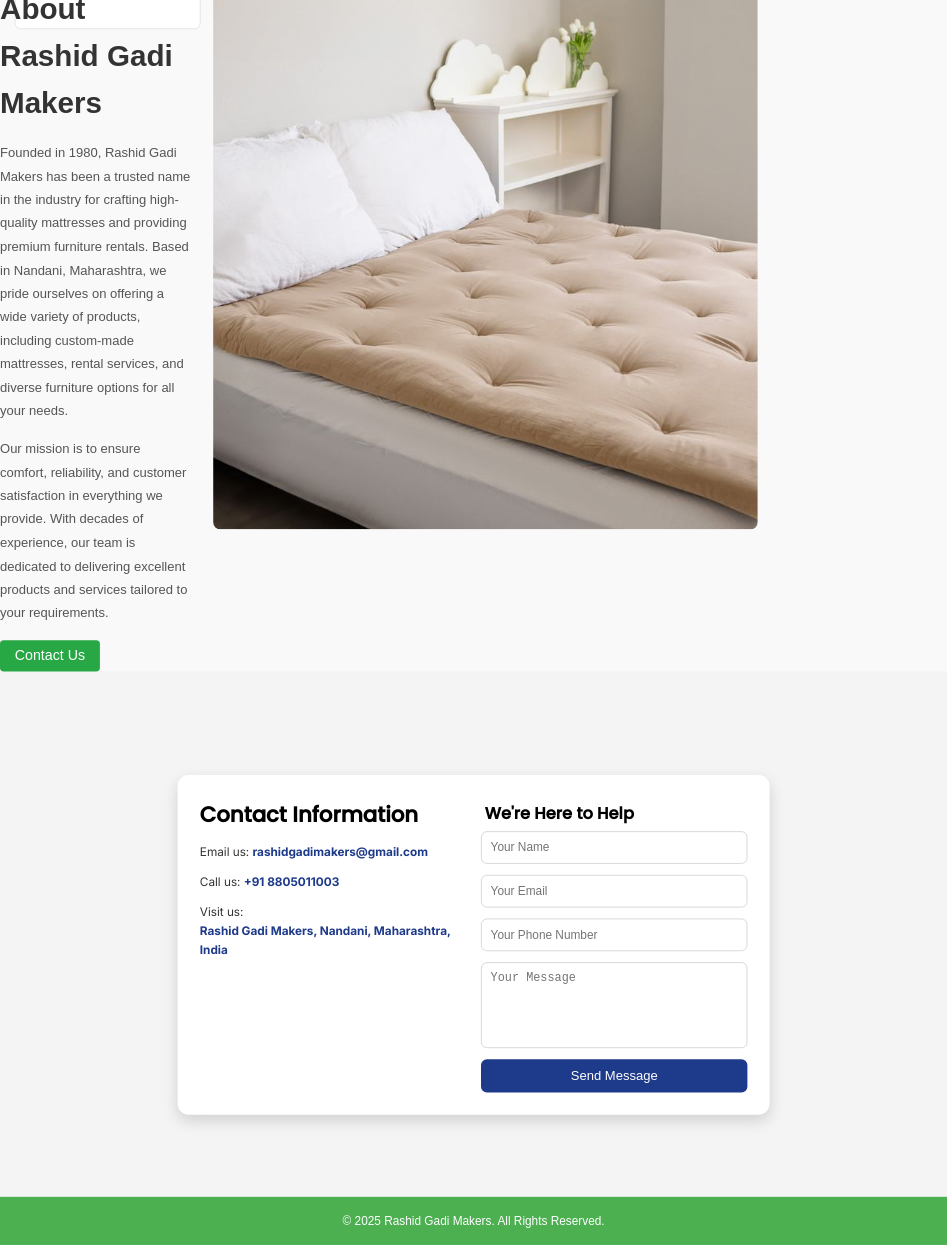
Repository: nadafgroup/rashidgadiUI
Page: src/home.html
These files come from the project's save history. The page is drawn as it stood at one moment and after the next save; the edit follows.
The browser window is 1280 px wide. The pictures show the part of the page from y = 1325 to 3008 px (the page is 3008 px tall before and 2825 px after), at 74% of full size.
A picture or video elsewhere on the page could not be fetched, so the positions and the page height are approximate.

Above is the page before, as saved 2025-01-24 13:36:45.

After the next save:
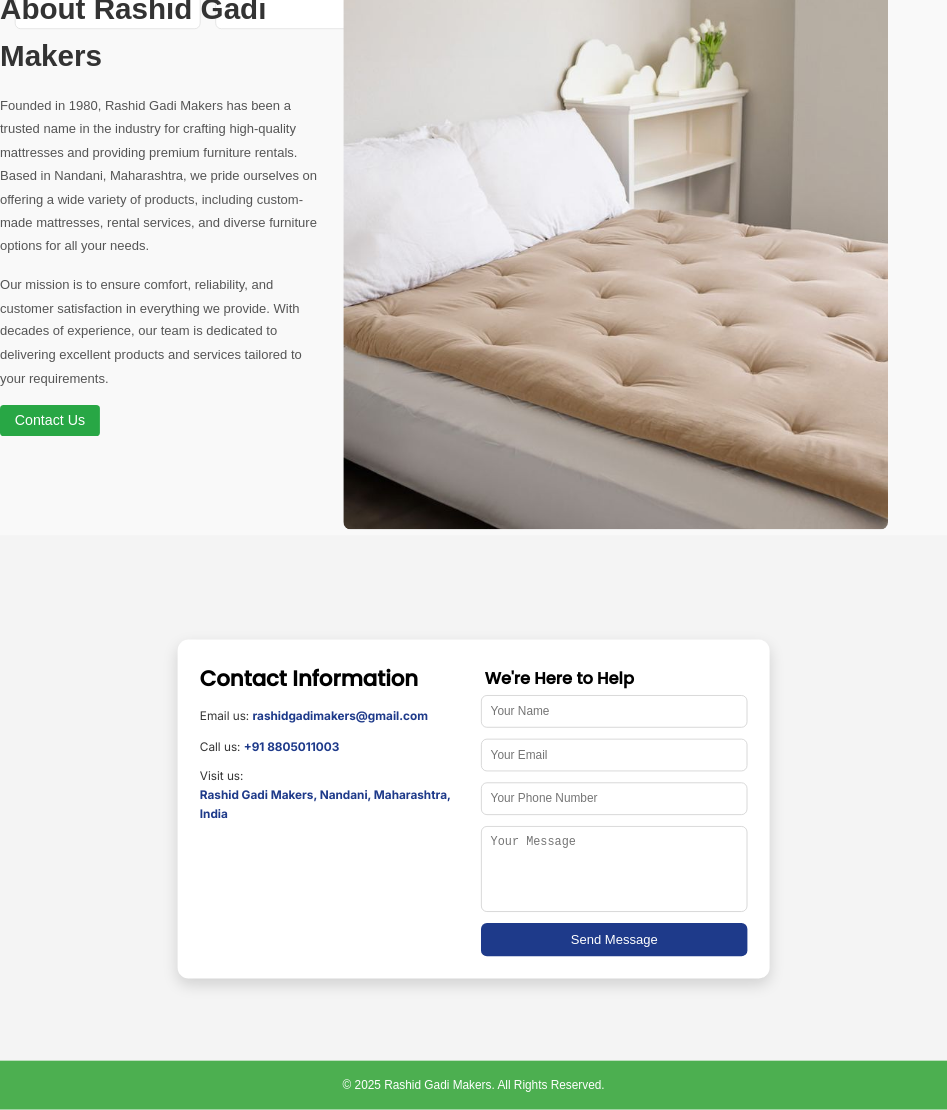
Saved 20 s later.
--- a/src/home.css
+++ b/src/home.css
@@ -273,15 +273,13 @@
     justify-content: center;
     align-items: center;
     padding: 50px 20px;
-    background-color: #000000;
-    height: 100vh;
 }
 
 .container-about {
     display: flex;
     flex-direction: row;
     justify-content: space-between;
-    width: 80%;
+    width: 100%;
     max-width: 1200px;
 }
 
